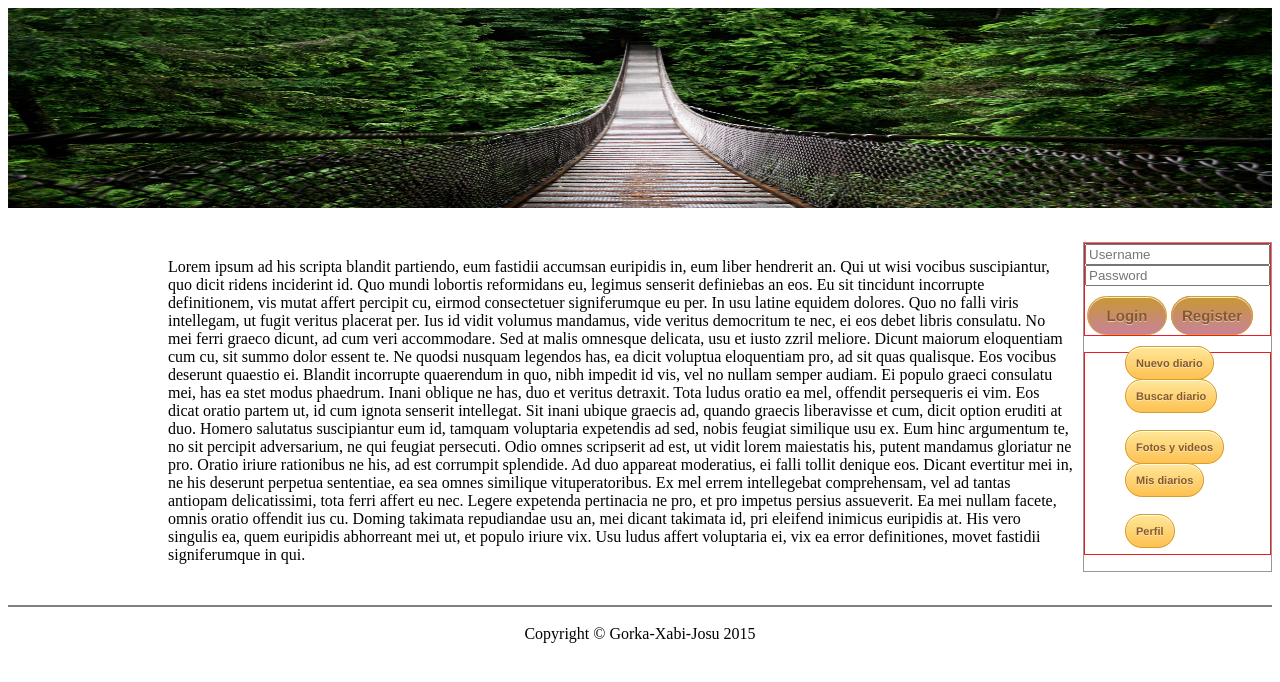
Repository: Deathdance/proyectoviajes
Page: routes/info.html
The author's editor kept a record of every edit. The page is drawn from the files as they stood at one moment, then again after the next edit.
The browser window is 1280 px wide. The pictures show the whole page.

Above is the page before.

After the next edit:
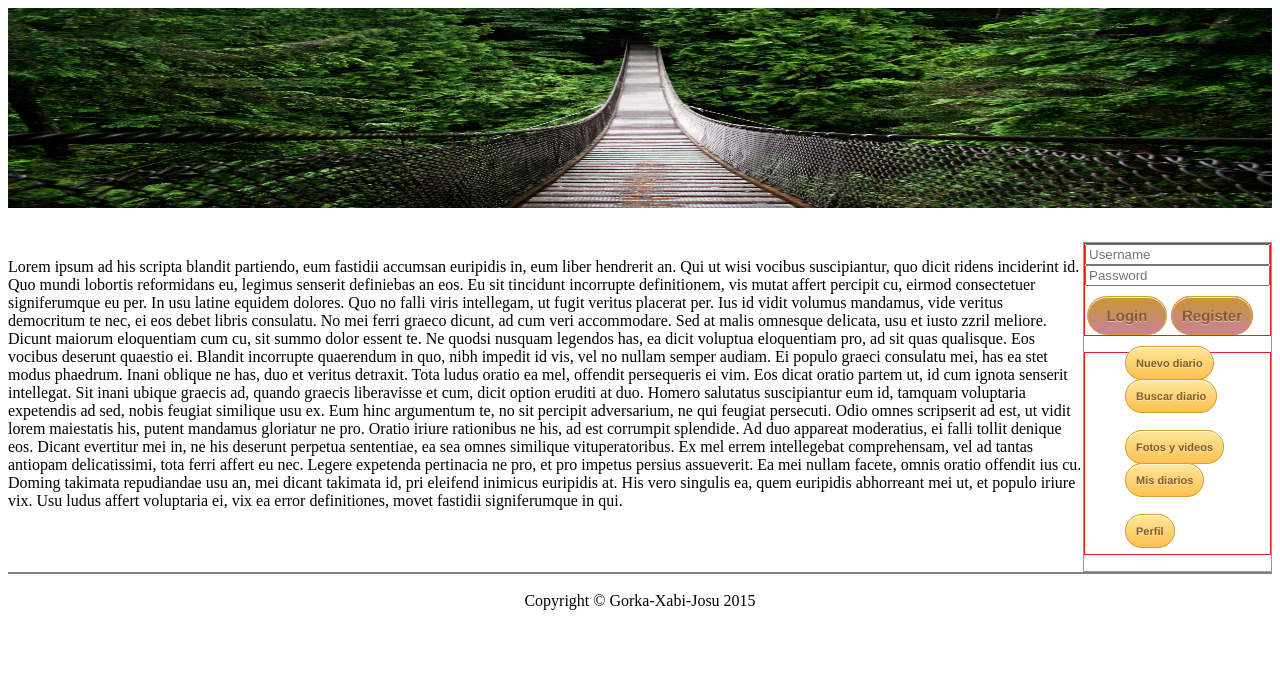
The edit:
--- a/routes/info.html
+++ b/routes/info.html
@@ -35,7 +35,7 @@
 				</div>
 			</section>
 			<section id="main_section">
-				<div id="diario">
+				<div id="cuerpo">
 					<p>Lorem ipsum ad his scripta blandit partiendo, eum fastidii accumsan euripidis in, eum liber hendrerit an. Qui ut wisi vocibus suscipiantur, quo dicit ridens inciderint id. Quo mundi lobortis reformidans eu, legimus senserit definiebas an eos. Eu sit tincidunt incorrupte definitionem, vis mutat affert percipit cu, eirmod consectetuer signiferumque eu per. In usu latine equidem dolores. Quo no falli viris intellegam, ut fugit veritus placerat per.
 
 					Ius id vidit volumus mandamus, vide veritus democritum te nec, ei eos debet libris consulatu. No mei ferri graeco dicunt, ad cum veri accommodare. Sed at malis omnesque delicata, usu et iusto zzril meliore. Dicunt maiorum eloquentiam cum cu, sit summo dolor essent te. Ne quodsi nusquam legendos has, ea dicit voluptua eloquentiam pro, ad sit quas qualisque. Eos vocibus deserunt quaestio ei.
